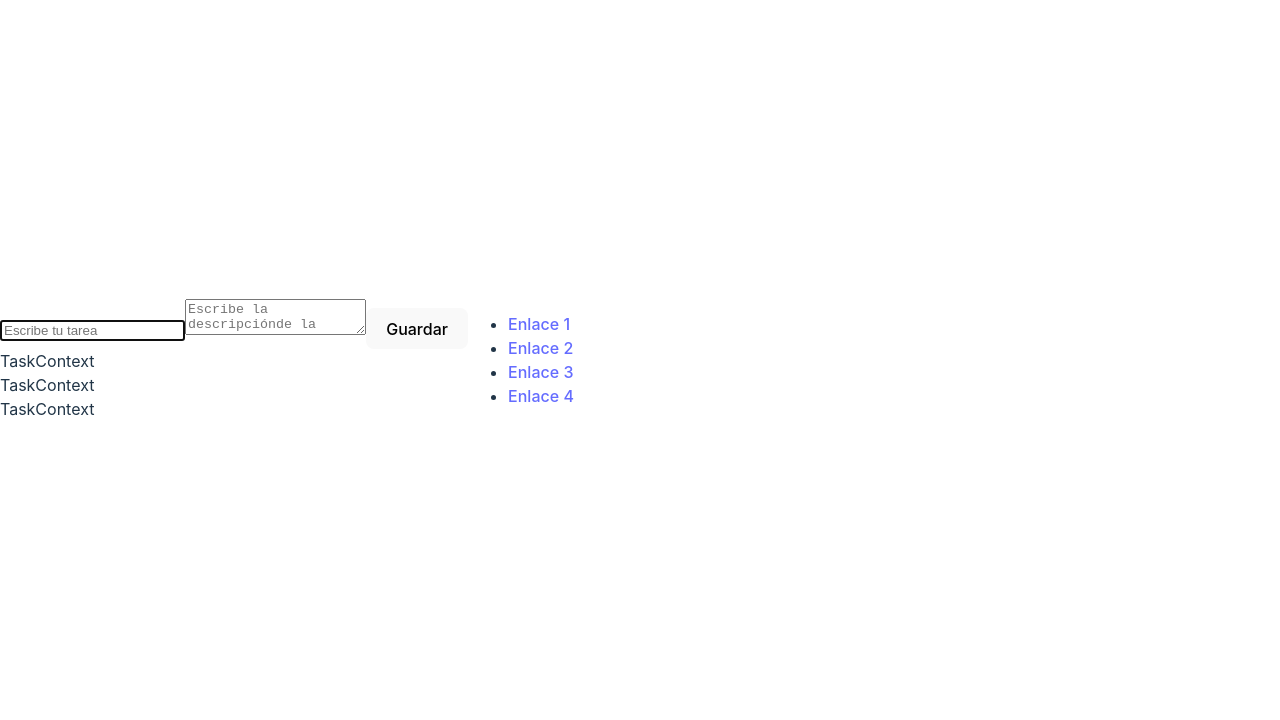
Repository: Ciromontes/AgendaTuTarea
Page: /
These files come from the project's save history. The page is drawn as it stood at one moment and after a run of saves; the edit follows.
The browser window is 1280 px wide. The pictures show the whole page.
The project was rebuilt for these pictures with package versions that can differ from the ones it lists, and the page was loaded fresh each time. Also part of the build but not shown: vite.config.js.

Above is the page before, as saved 2023-09-18 17:43:20.

After the next 2 saves:
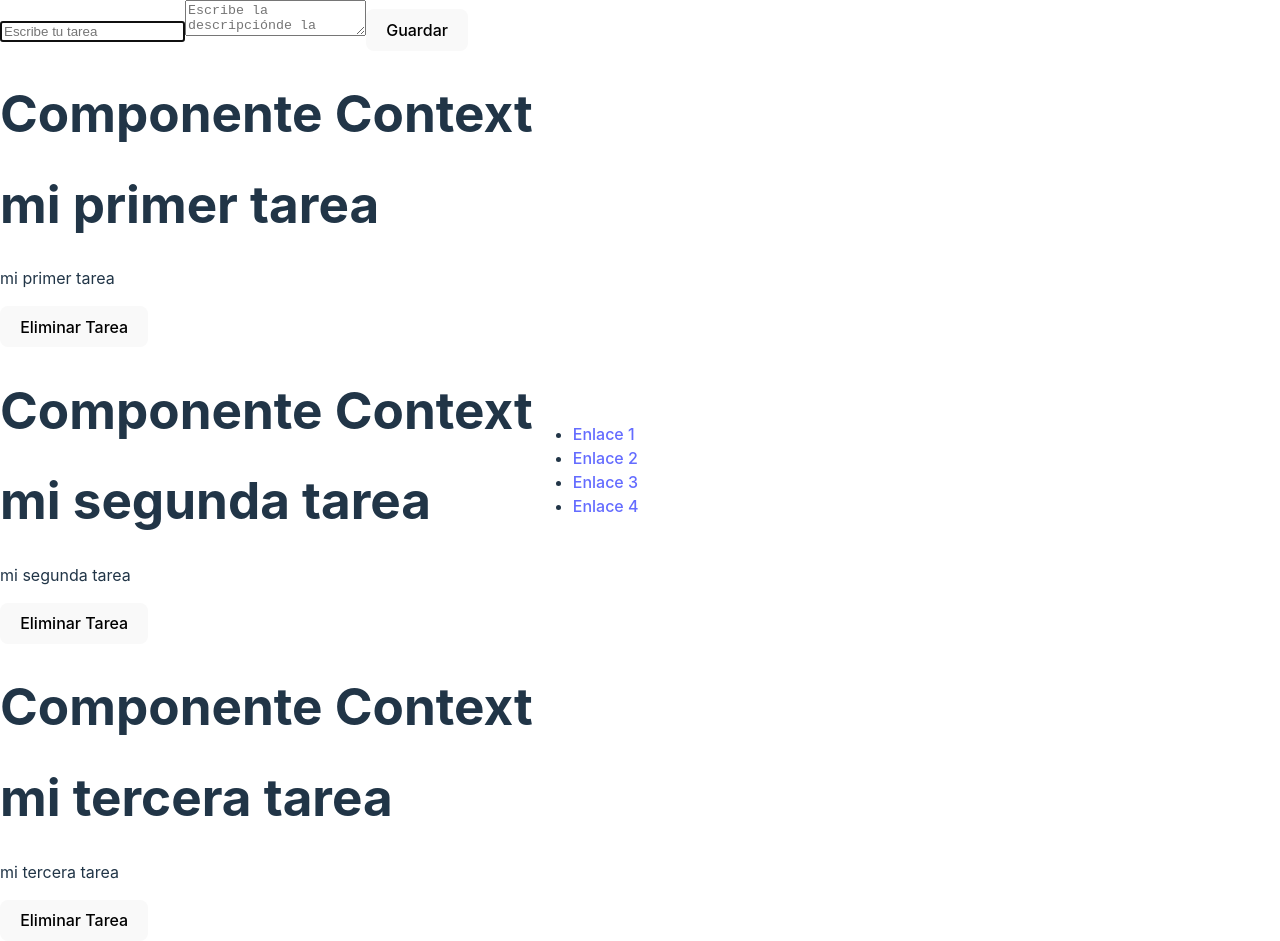
The 2 saves are shown as one change because 1 did not build or start.
The last was saved 2 min 29 s later.
--- a/src/context/TaskContext.jsx
+++ b/src/context/TaskContext.jsx
@@ -1,6 +1,10 @@
-function TaskContext() {
+function TaskContext(props) {
   return (
-    <div>TaskContext</div>
+    <>
+    <h1>Componente Context</h1>
+    {props.children}
+    </>
+
   )
 }
 export default TaskContext
